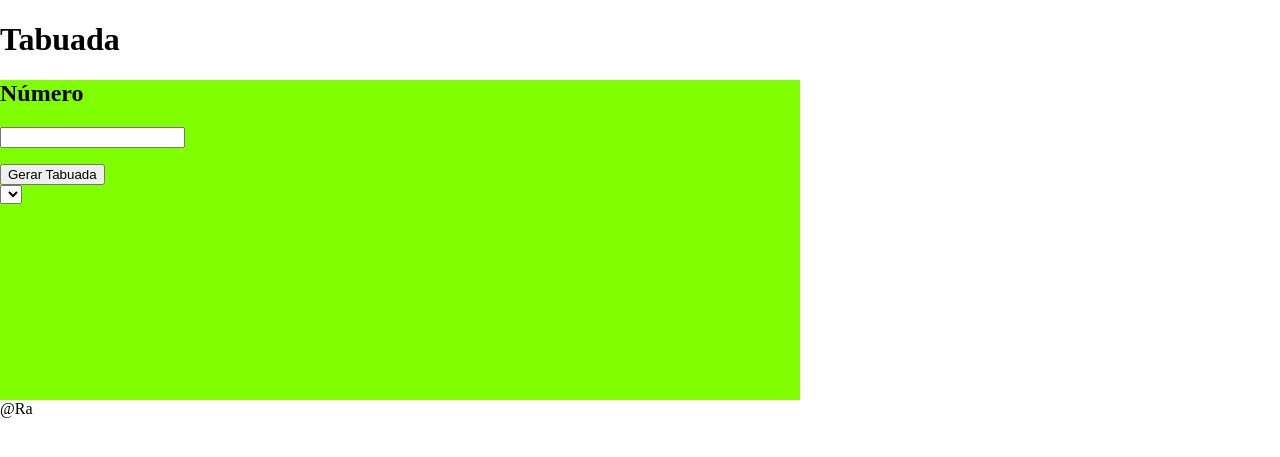
Repository: Ramonuriel/JS-Projetos
Page: Tabuada/tabuada.html
An editor plug-in stored every save of this project. The page is shown before and after a run of saves, followed by the edit.
The browser window is 1280 px wide. The pictures show the whole page.

Above is the page before, as saved 2023-01-04 15:14:36.

After the next 2 saves:
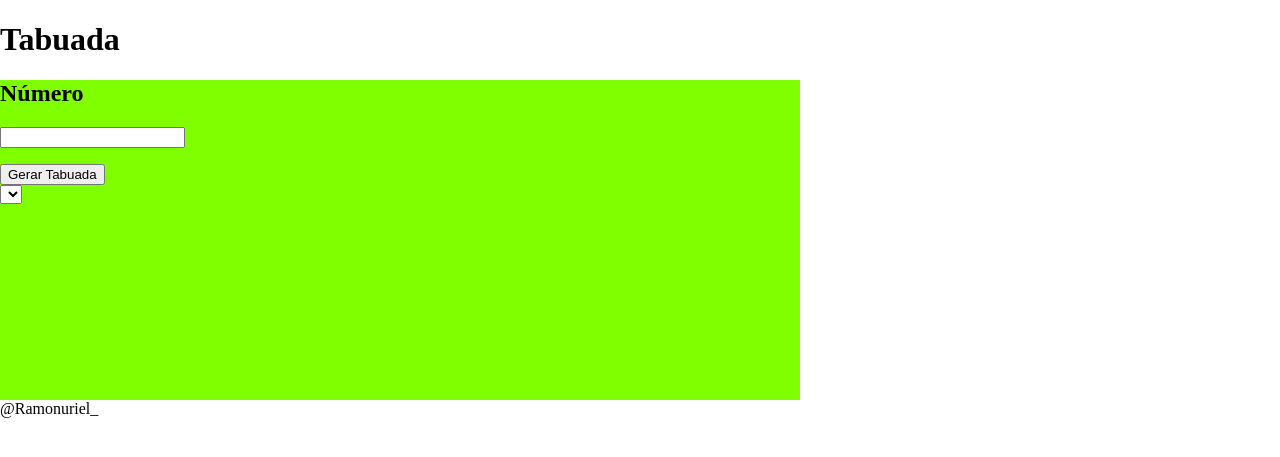
The 2 saves are shown as one change because they came seconds apart.
The last was saved 6 s later.
--- a/Tabuada/tabuada.html
+++ b/Tabuada/tabuada.html
@@ -26,7 +26,8 @@
   </section>
 
 
-  <footer>@Ra</footer>
+  <footer>@Ramonuriel_
+  </footer>
 </body>
 
 </html>
